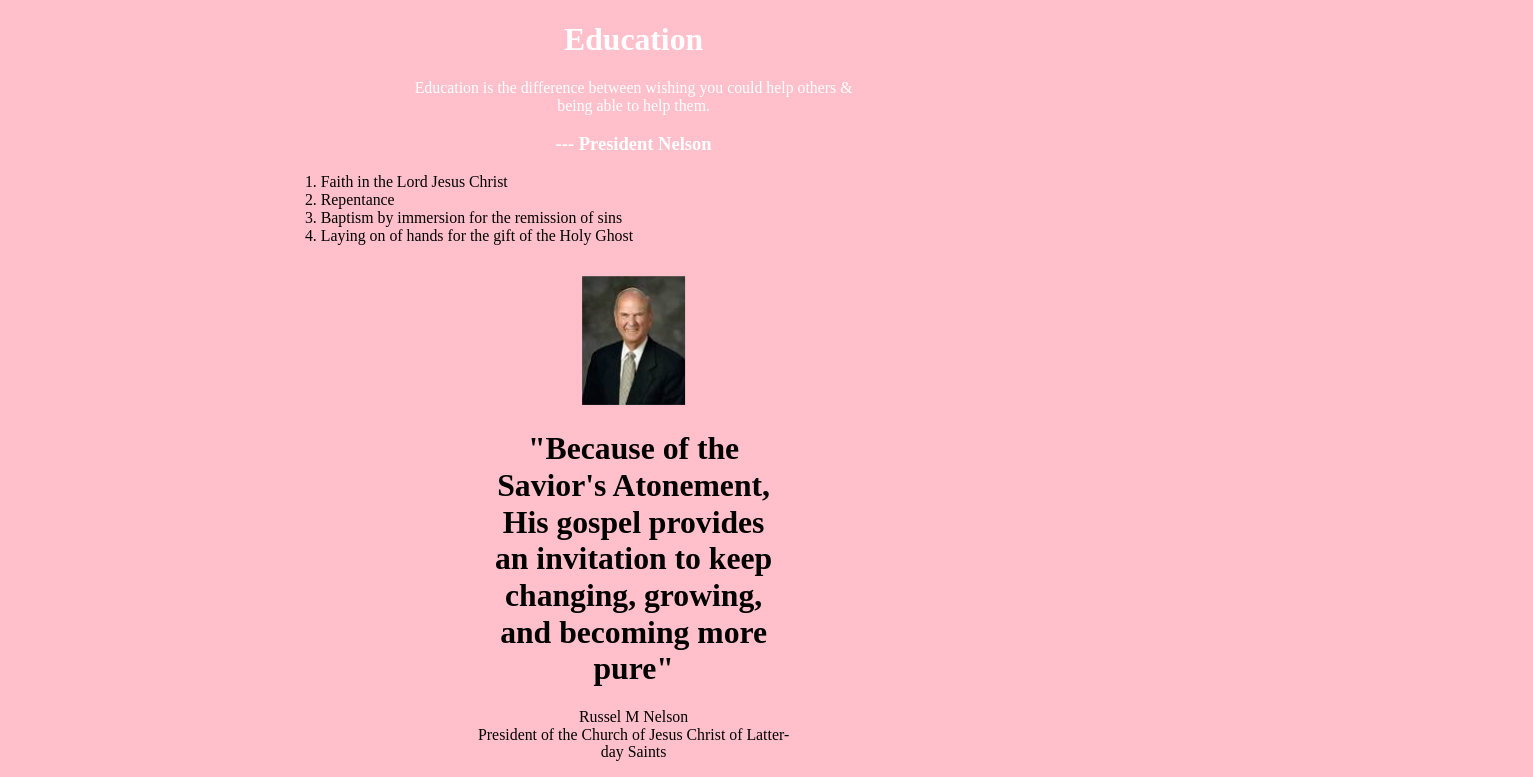
Repository: nak97/WDD-130
Page: ice challenge/index.html
The author's editor kept a copy of each file at every save. The page is drawn from the files as they stood at one save, then again after the next save.
The browser window is 1280 px wide. The page is 1548 px wide, so the pictures cover 1548 px, including what lies to the right of the window. The pictures show the whole page, at 99% of full size.

Above is the page before, as saved 2023-01-24 21:31:12.

### ice challenge/index.html
<!DOCTYPE html>

<html>
  <head>
    <meta charset="utf-8">
    <meta http-equiv="X-UA-Compatible" content="IE=edge">
    <title></title>
    <meta name="description" content="">
    <meta name="viewport" content="width=device-width, initial-scale=1">
    <link rel="stylesheet" href="styles.css">
  </head>
  <body>


      <div class="top-info">
   <h1>Education  </h1>
   <p>Education is the difference between wishing you could help others & <br> being able to help them.</p>
   <h3>--- President Nelson</h3>
    </div>
   <ol type="1">
    <li>Faith in the Lord Jesus Christ</li>
    <li>Repentance</li>
    <li>Baptism by immersion for the remission of sins</li>
    <li>Laying on of hands for the gift of the Holy Ghost</li>
  </ol>
  <div class="bot-info">
  <img src="data:[embedded picture, 3119 characters]" alt="Pres Nelly">
<h1 id="quote">"Because of the <br> Savior's Atonement,<br> His gospel provides <br> an invitation to keep <br> changing, growing, <br> and becoming more <br> pure"</h1>
<footer><p>Russel M Nelson <br>President of the Church of Jesus Christ of Latter- <br> day Saints</p>
</footer>
</div>
  </body>

</html>

### ice challenge/styles.css
.top-info {
  text-align: center;
  color: white;
}

ol{
  position: relative;
  left: 17.25em;
  padding-bottom: 16px;
}
.bot-info {
text-align: center;
}


body {
  background: pink;
}

After the next save:
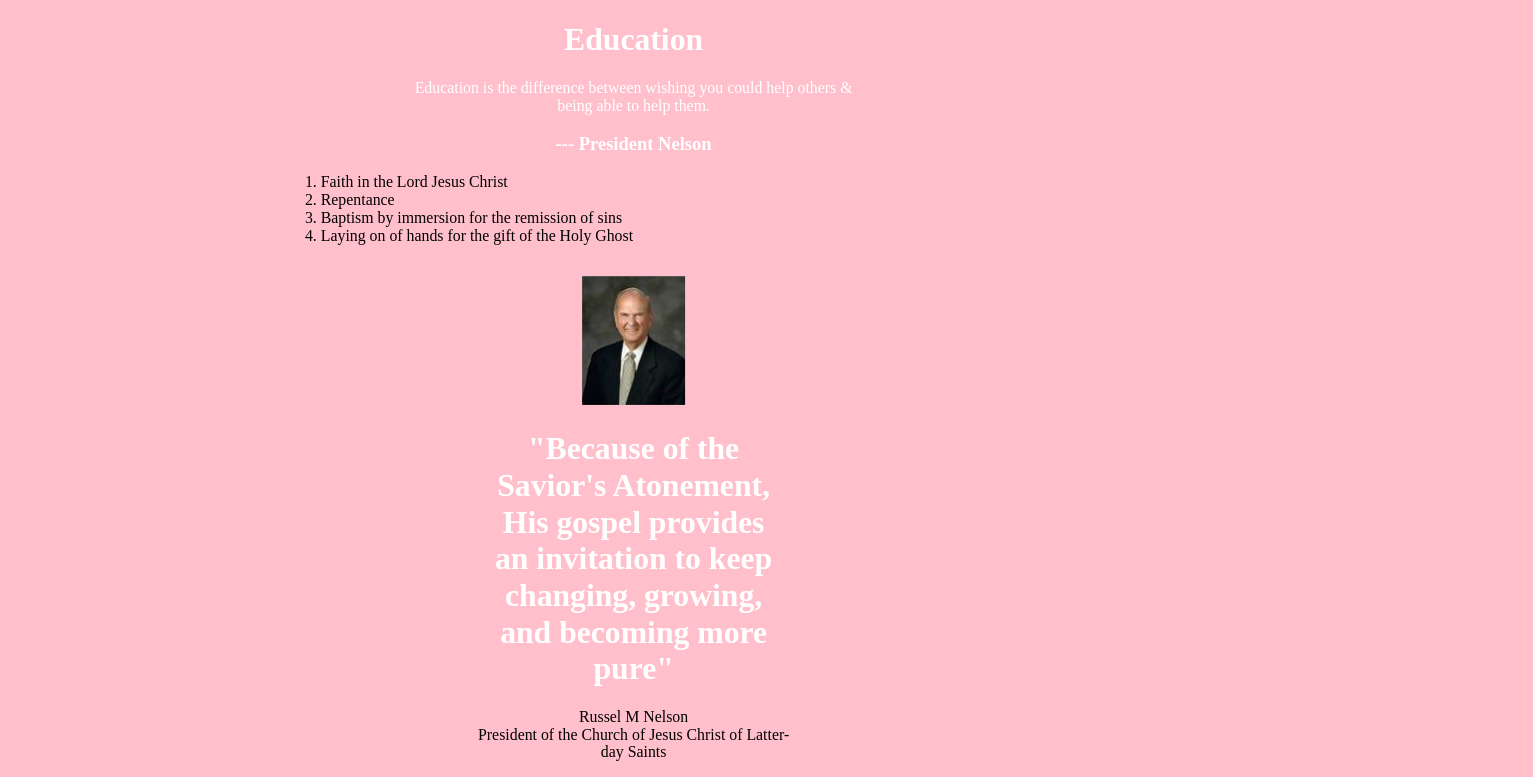
Saved 23 s later.
--- a/ice challenge/styles.css
+++ b/ice challenge/styles.css
@@ -16,3 +16,6 @@
 body {
   background: pink;
 }
+ #quote {
+  color: white;
+ }
